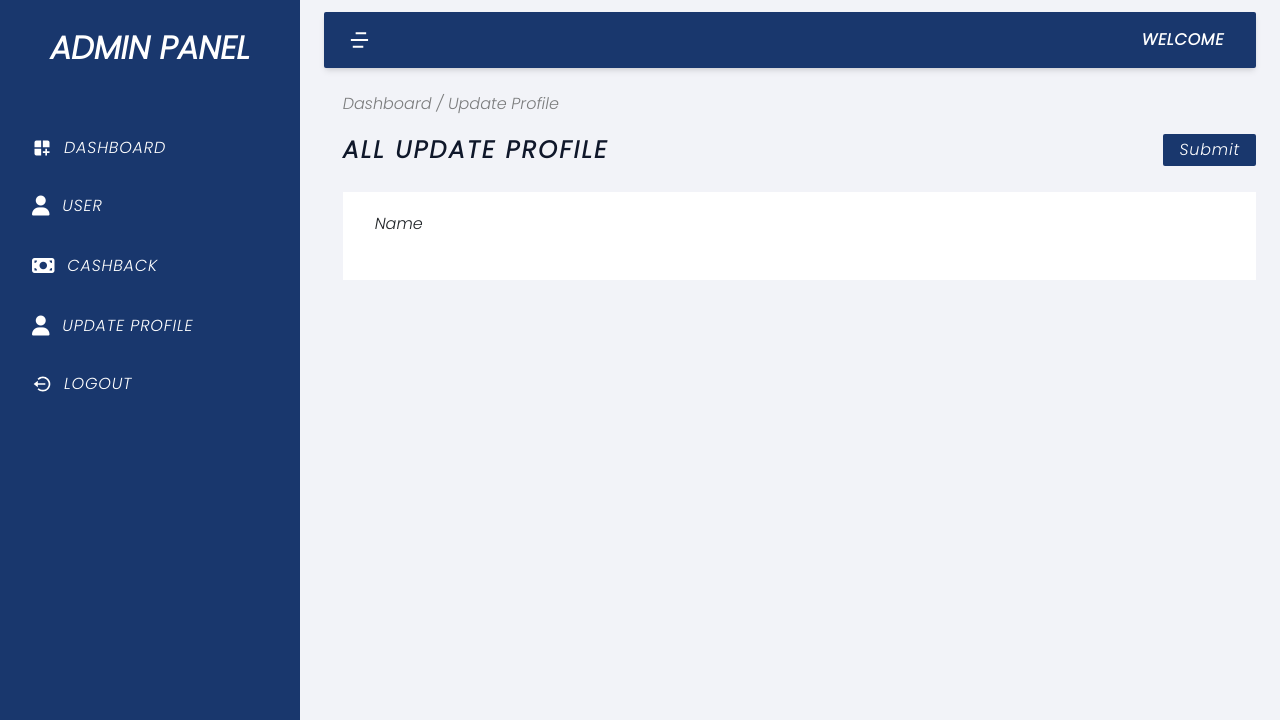
Repository: FlyweisReact/Ankit-Pandey-Admin-Panel
Page: /updateProfile
These files come from the project's save history. The page is drawn as it stood at one moment and after the next save; the edit follows.
The browser window is 1280 px wide. The pictures show the whole page.
Some web libraries are served in a nearby version. The project was rebuilt for these pictures with package versions that can differ from the ones it lists, and the page was loaded fresh each time. Also part of the build but not shown: src/Screen/Login.jsx, src/Screen/Dashboard.js, src/Screen/EAdminCustomer.js, src/Screen/EAdmin.js.

Above is the page before, as saved 2023-06-16 16:07:13.

### public/index.html
<!-- @format -->

<!DOCTYPE html>
<html lang="en">
  <head>
    <meta charset="utf-8" />
    <meta name="viewport" content="width=device-width, initial-scale=1" />
    <meta name="theme-color" content="#000000" />
    <meta
      name="description"
      content="Web site created using create-react-app"
    />
    <link rel="icon" href="%PUBLIC_URL%/favicon.png" />
    <link rel="manifest" href="%PUBLIC_URL%/manifest.json" />
    <link rel="preconnect" href="https://fonts.googleapis.com">
<link rel="preconnect" href="https://fonts.gstatic.com" crossorigin>
<link href="https://fonts.googleapis.com/css2?family=Roboto+Mono:ital,wght@1,300&display=swap" rel="stylesheet">
    <title>Logo Fx</title>
  </head>
  <body>
    <noscript>You need to enable JavaScript to run this app.</noscript>
    <div id="root"></div>
    <script src="https://code.jquery.com/jquery-3.6.0.min.js"></script>
    <script src="https://kit.fontawesome.com/b533b351e4.js" crossorigin="anonymous"></script>
  </body>
</html>

### src/index.js
import React from "react";
import ReactDOM from "react-dom/client";
import "./index.css";
import App from "./App";
import { BrowserRouter } from "react-router-dom";
import 'bootstrap/dist/css/bootstrap.min.css'

const root = ReactDOM.createRoot(document.getElementById("root"));
root.render(
  <React.StrictMode>
    <BrowserRouter>
      <App />
    </BrowserRouter>
  </React.StrictMode>
);

### src/index.css
/** @format */

@tailwind base;
@tailwind components;
@tailwind utilities;

@import url("https://fonts.googleapis.com/css2?family=Roboto+Mono:ital,wght@1,300&display=swap");
@font-face {
  font-family: Roboto;
  src: url("./Fonts/Poppins-LightItalic.ttf");
}

body {
  margin: 0;
  font-family: Roboto !important;
  -webkit-font-smoothing: antialiased;
  -moz-osx-font-smoothing: grayscale;
}

code {
  font-family: Roboto !important;
}

html {
  font-family: Roboto !important;
}

::-webkit-scrollbar {
  width: 10px;
}
.fa-trash {
  color: red;
  cursor: pointer;
}

.iCOn {
  transition: 0.5s;
  box-shadow: none;
  transform: scale(1);
}
.cardDiv {
  cursor: pointer;
}

.cardDiv:hover .iCOn {
  box-shadow: rgba(0, 0, 0, 0.35) 0px 5px 15px;
  transform: scale(1.3);
}

/* Track */
::-webkit-scrollbar-track {
  background: #f1f1f1;
}

/* Handle */
::-webkit-scrollbar-thumb {
  background: #888;
}

/* Handle on hover */
::-webkit-scrollbar-thumb:hover {
  background: #555;
}
.profileImage {
  width: 100px;
}
.fa-eye {
  color: #029aff;
  cursor: pointer;
}
.fa-edit {
  cursor: pointer;
  color: blue;
}

.View {
  border: 1px solid black;
  width: 100%;
  padding: 10px;
}

.main-card--container {
  display: grid;
  grid-template-columns: repeat(3, minmax(300px, 500px));
  grid-gap: 50px;
  justify-content: space-around;
}
.card-container {
  margin: 25px 0 auto;
  box-shadow: rgba(0, 0, 0, 0.35) 0px 5px 15px;
  position: relative;
  display: grid;
  grid-template-columns: 1fr;
  justify-content: space-around;
  align-items: flex-start;
}

.myEdit:focus {
  box-shadow: rgba(0, 0, 0, 0.35) 0px 5px 15px;
}

.AstroLogin {
  color: #fff;
  background-color: #2b7a8e;
  padding: 10px;
  width: 380px;
  text-align: center;
  font-size: 20px;
  background: linear-gradient(to left, #2b7a8e 50%, #fff 50%) right;
  background-size: 200%;
  transition: 0.5s ease-out;
  border: 1px solid #2b7a8e;
  margin-top: 10px;
  text-transform: uppercase;
}
.AstroLogin:hover {
  background-position: left;
  color: #2b7a8e;
}

.EcommerceAdminLogin {
  color: #fff;
  background-color: #19376d;
  padding: 10px;
  width: 380px;
  text-align: center;
  font-size: 20px;
  background: linear-gradient(to left, #19376d 50%, #fff 50%) right;
  background-size: 200%;
  transition: 0.5s ease-out;
  border: 1px solid #19376d;
  margin-top: 10px;
  text-transform: uppercase;
}

.EcommerceAdminLogin:hover {
  background-position: left;
  color: #19376d;
}
.EcommerceVendorLogin {
  color: #fff;
  background-color: #576cbc;
  padding: 10px;
  width: 380px;
  text-align: center;
  font-size: 20px;
  background: linear-gradient(to left, #576cbc 50%, #fff 50%) right;
  background-size: 200%;
  transition: 0.5s ease-out;
  border: 1px solid #576cbc;
  margin-top: 10px;
  text-transform: uppercase;
}

.EcommerceVendorLogin:hover {
  background-position: left;
  color: #576cbc;
}

.view {
  background-color: #2196f3;
  color: #fff;
  width: 50%;
  padding: 5px;
}

.two-sec {
  display: flex;
  justify-content: space-evenly;
  justify-content: space-evenly;
}
.two-sec .left {
  width: 60%;
  background-color: #f6f1ef;
  padding: 20px;
}
.two-sec .left .head {
  font-size: 25px;
  font-weight: bold;
}

.two-sec .right {
  width: 30%;
  background-color: #f6f1ef;
}

.searchDiv {
  width: 100%;
  display: flex;
  gap: 10px;
  border: 1px solid rgb(179, 179, 179);
  padding: 10px;
  margin-bottom: 20px;
  align-items: center;
}
.searchDiv input {
  width: 94%;
  outline: none;
  border: none;
}

.flexCont {
  display: flex;
  align-items: center;
  gap: 10px;
}
.flexCont img {
  width: 60px;
  background-color: #e9ecef;
}

.blockContent {
  display: block;
}
.blockContent p {
  margin: 0;
}

.checkBox {
  width: 50px;
  height: 25px;
  background-color: #e9ecef;
  border-radius: 50px;
  position: relative;
  cursor: pointer;
}
.checkBox span {
  width: 20px;
  height: 20px;
  border-radius: 100%;
  background-color: #fff;
  position: absolute;
  left: 5px;
  top: 2px;
}
.ActivecheckBox {
  width: 50px;
  height: 25px;
  background-color: #0d6efd;
  border-radius: 50px;
  position: relative;
  cursor: pointer;
}
.ActivecheckBox span {
  width: 20px;
  height: 20px;
  border-radius: 100%;
  background-color: #fff;
  position: absolute;
  right: 5px;
  top: 2px;
}

.fa-eye {
  color: #0cba73;
  background-color: #d6f8e8;
  width: 40px;
  text-align: center;
  height: 40px;
  display: flex;
  border-radius: 100%;
  justify-content: center;
  padding-top: 10px;
  transition: 0.5s;
}

.fa-pen-to-square {
  color: #f4c39c;
  background-color: #ffebdb;
  width: 40px;
  text-align: center;
  height: 40px;
  display: flex;
  border-radius: 100%;
  justify-content: center;
  padding-top: 10px;
  cursor: pointer;
  transition: 0.5s;
}
.fa-trash {
  color: #df939f;
  background-color: #ffe1e8;
  width: 40px;
  text-align: center;
  height: 40px;
  display: flex;
  border-radius: 100%;
  justify-content: center;
  padding-top: 10px;
  cursor: pointer;
  transition: 0.5s;
}
.fa-trash:hover {
  transform: scale(1.2);
}
.fa-eye:hover {
  transform: scale(1.2);
}
.fa-pen-to-square:hover {
  transform: scale(1.2);
}
.required {
  color: #e74260;
}

.headP {
  margin-left: 2%;
  color: #7b7c7d;
}
.filterBox {
  display: flex;
  align-items: center;
  gap: 10px;
  border-bottom: 1px solid #d4d7dc;
  padding-bottom: 20px;
  margin-bottom: 20px;
}
.filterBox img {
  width: 30px;
}
.filterBox input {
  width: 100%;
  border: 1px solid #d4d7dc;
  outline: none;
  padding: 5px;
  color: black;
}
.sectionCont {
  width: 98%;
  background-color: #fff;
  margin-left: 2%;
  padding: 20px;
}

.overFlowCont {
  width: 100%;
  overflow-x: auto;
}

.logo {
  width: 300px;
  margin-bottom: 20px;
}

.updateProfile {
  margin-left: 20px;
  border: 1px solid #fff;
  border-radius: 100%;
  font-size: 1.2rem;
  padding: 10px;
  transition: 0.5s;
  cursor: pointer;
}
.updateProfile:hover {
  border: 1px solid #19376d;
  color: #19376d;
  background-color: #fff;
}

.Normalbtn {
  background-color: #19376d !important;
  border: 1px solid #19376d !important;
  border-radius: 0px !important;
}

.ImageCarousel {
  width: 150px !important;
  margin: 0px !important;
  height: 150px !important;
}
.CarouselImages {
  width: 150px !important;
  height: 150px !important;
}
.CarouselImages img {
  width: 100% !important;
  height: 100% !important;
}

.ModalCarousel {
  width: 100% !important;
  height: 500px !important;
}
.ModalCarousel {
  width: 100% !important;
  height: 500px !important;
}
.ModalCarousel img {
  width: 100% !important;
  height: 500px !important;
}

.gridCont {
  display: grid;
  grid-template-columns: auto auto auto;
  justify-content: space-evenly;
}
.gridCont div {
  width: 400px;
  height: 300px;
  box-shadow: rgba(0, 0, 0, 0.35) 0px 5px 15px;
  padding: 10px;
  position: relative;
  margin-top: 20px;
}
.gridCont div img {
  width: 100%;
}
.delete-Btn {
  width: 90%;
  margin-left: 2%;
  color: #c44b3f;
  border: 1px solid #c44b3f;
  position: absolute;
  bottom: 10px;
  transition: 0.5s;
  padding: 10px;
}

.delete-Btn:hover {
  background-color: #c44b3f;
  color: #fff;
}

.BannerCarousel {
  width: 300px;
  margin: 0px !important;
}
.BannerCarouselImage {
  width: 300px;
}
.BannerCarouselImage img {
  width: 100%;
}

.pagination {
  display: flex;
  justify-content: center;
  align-items: center;
  gap: 10px;
  margin-bottom: 20px;
}
.pagination button {
  border: 1px solid black;
  padding: 10px;
}

.activePage {
  background-color: #19376d;
  color: #fff;
  border: 1px solid #19376d !important;
}

.active {
  background-color: #fff;
  color: #19376d !important;
}
.prevBtn {
  background-color: #fff;
  color: #19376d;
  border: 1px solid #19376d !important;
  transition: 0.5s;
}

.prevBtn:hover,
.prevBtn:focus,
.prevBtn:active {
  background-color: #19376d;
  color: #fff;
  border: 1px solid #19376d !important;
}
.nextBtn {
  background-color: #fff;
  color: #19376d;
  border: 1px solid #19376d !important;
  transition: 0.5s;
}

.nextBtn:hover,
.nextBtn:focus,
.nextBtn:active {
  background-color: #19376d;
  color: #fff;
  border: 1px solid #19376d !important;
}

.dangerBox {
  position: relative;
}
.dangerBox i {
  position: absolute;
  top: 50%;
  left: 90%;
  transform: translate(-50%, -50%);
  cursor: pointer;
}

### src/App.js
/** @format */

import { Routes, Route } from "react-router-dom";
import { ToastContainer } from "react-toastify";
import "react-toastify/dist/ReactToastify.css";
import Login from "./Screen/Login";
import Dashboard from "./Screen/Dashboard";
import EAdminCustomer from "./Screen/EAdminCustomer";
import EAdmin from "./Screen/EAdmin";
import UpdateProfile from "./Screen/UpdateProfile";


function App() {
  return (
    <>
      <ToastContainer />

      <Routes>
        <Route path="/" element={<Login />} />
        <Route path="/Customer" element={<EAdminCustomer />} />
        <Route path="/dashboard" element={<Dashboard />} />
        <Route path="/Admin" element={<EAdmin />} />
        <Route path="/updateProfile" element={<UpdateProfile />} />
      </Routes>
    </>
  );
}

export default App;

### src/Screen/UpdateProfile.js
import React, { useEffect, useState } from "react";
import { Alert, Button, Container, Form, Modal, Table } from "react-bootstrap";
import { toast } from "react-toastify";
import { AllCashback, UploadExcel } from "../Repository/Api";
import HOC from "./layout/HOC";


const UpdateProfile = () => {


    return (
      <>

        <p className="headP">Dashboard / Update Profile</p>
        <div
          className="pb-4 sticky top-0  w-full flex justify-between items-center"
          style={{ width: "98%", marginLeft: "2%" }}
        >
          <span
            className="tracking-widest text-slate-900 font-semibold uppercase "
            style={{ fontSize: "1.5rem" }}
          >
            All Update Profile
          </span>

          <button
            className="md:py-2 px-3 md:px-4 py-1 rounded-sm bg-[#19376d] text-white tracking-wider"

          >Submit
          </button>
        </div>

        <section className="sectionCont">
            <Container>
                <Form>
                    <Form.Group className="mb-3">
                        <Form.Label>Name</Form.Label>
                    </Form.Group>
                </Form>
            </Container>
        </section>
      </>
    );
  };

export default HOC(UpdateProfile)

### src/Repository/Api.js
/** @format */

import axios from "axios";

// BaseUrl
const BaseURL = "http://localhost:3040/";

// All Users Cashback
export const AllCashback = async () => {
  try {
    const response = await axios.get(
      ` ${BaseURL}api/v1/profile/getallCashBack`
    );

    return response;
  } catch (e) {
    console.log(e);
  }
};

// Uplaod Excel

export const UploadExcel = async (file) => {
  const fd = new FormData();
  fd.append("file", file);
  try {
    const response = await axios.post(
      `${BaseURL}api/v1/profile/AddcashBackExcel`,
      fd
    );
    return response;
  } catch (e) {
    console.log(e);
  }
};

//   All Users

export const AllUsers = async () => {
  try {
    const response = await axios.get(` ${BaseURL}api/v1/profile/getAlluser`);
    return response;
  } catch (e) {
    console.log(e);
  }
};


// Login Admin
export const LoginAdmin = async (email , password) => {
    try{
        const response = await axios.post(`${BaseURL}api/v1/admin/login` , {
            email , password
        })
        return response
    }catch(e) {
        console.log(e)
    }

}

### src/Screen/layout/HOC.jsx
/** @format */

import React, { useState } from "react";
import Navbar from "./Navbar";
import Sidebar from "./Sidebar";

const HOC = (Wcomponenet) => {
  return function Component() {
    const [hamb, setHamb] = useState(false);
    return (
      <>
        <section
          className="flex overflow-x-hidden relative "
          style={{ backgroundColor: "#f2f3f8" }}
        >
          {/* Sidebar */}
          <div
            className={
              hamb
                ? " absolute top-0 z-30 md:w-auto shadow-md bg-slate-200  w-60 transition-all md:-left-full left duration-150  h-auto overflow-y-auto  left-0 "
                : " md:w-72 z-30 bg-slate-200  shadow-md  md:static absolute top-0 -left-full   transition-all duration-150  overflow-y-auto h-auto"
            }
            style={{ minWidth: "300px" }}
          >
            <Sidebar hamb={hamb} setHamb={setHamb} />
          </div>
          {/* Components & Navbar */}
          <div
            className={
              hamb
                ? " transition-all px-4 py-2  duration-150 w-full h-screen"
                : " w-full h-screen  px-4 py-2   z-50 transition-all duration-150 "
            }
            style={{ backgroundColor: "#f2f3f8" }}
          >
            <Navbar hamb={hamb} setHamb={setHamb} />
            <div className="my-6 text-#000 h-[87%] wcomp overflow-y-auto">
              {" "}
              <Wcomponenet />
            </div>
          </div>
        </section>
      </>
    );
  };
};

export default HOC;

### src/Screen/layout/Navbar.jsx
/** @format */

import { RiMenu4Line } from "react-icons/ri";

const Navbar = ({ hamb, setHamb }) => {
  const AdminName = localStorage.getItem("Email")
  return (
    <>
      <div
        className={
          hamb
            ? "flex  w-full justify-between  my-1 rounded-sm  p-4 py-3 shadow-md items-center  bg-slate-200 space-x-4"
            : "flex  w-full justify-between my-1 rounded-sm  p-4 py-3 shadow-md items-center  bg-slate-200 space-x-4"
        }
        style={{ backgroundColor: "#19376d" }}
      >
        <RiMenu4Line
          onClick={() => setHamb(!hamb)}
          className="text-2xl font-bold text-gray-900 hover:scale-90 cursor-pointer"
          style={{ color: "#fff" }}
        />

        <section className="flex sm:ml-auto justify-end sm:w-full items-center space-x-2  pr-2">
          <figcaption className="tracking-wider pl-1 font-semibold">
            <div
              className="lg:text-base text-sm text-gray-900  uppercase"
              style={{ color: "#fff" }}
            >
              Welcome {AdminName}
            </div>
          </figcaption>
        </section>
      </div>
    </>
  );
};

export default Navbar;

### src/Screen/layout/Sidebar.jsx
/** @format */

import React from "react";
import { RiCloseLine } from "react-icons/ri";
import { Link, useNavigate } from "react-router-dom";
import { BiLogOutCircle } from "react-icons/bi";
import { MdDashboardCustomize } from "react-icons/md";

const Sidebar = ({ hamb, setHamb }) => {
  const navigate = useNavigate();

  const nav = [
    {
      icon: <MdDashboardCustomize className="text-xl mr-3 rounded-full " />,
      link: "/dashboard ",
      name: "Dashboard",
    },
    {
      icon: <i className="fa-solid fa-user text-xl mr-3 rounded-full"></i>,
      link: "/Admin",
      name: "User",
    },
    {
      icon: (
        <i className="fa-sharp fa-solid fa-money-bill text-xl mr-3 rounded-full "></i>
      ),
      link: "/Customer",
      name: "Cashback",
    },
    {
      icon: (
        <i className="fa-solid fa-user text-xl mr-3 rounded-full "></i>
      ),
      link: "/updateProfile",
      name: "Update Profile",
    }
  ];

  const logOut = () => {
    localStorage.clear()
    navigate("/");
  };

  return (
    <>
      <aside
        className="p-4 h-auto"
        style={{ backgroundColor: "#19376d", minHeight: "100vh" }}
      >
        {/* Top */}
        <div className="w-full md:hidden relative  p-2 mb-4">
          <RiCloseLine
            onClick={() => setHamb(!hamb)}
            className="text-3xl  absolute top-2 sm:hover:rotate-[228deg] transition-transform font-bold right-2 sm:hover:text-[22px] text-[rgb(241,146,46)] cursor-pointer"
          />
        </div>{" "}
        <figure className="flex  flex-col items-center">
          <span
            className="font-bold text-[#fff]"
            style={{
              fontSize: "2rem",
              textAlign: "center",
              textTransform: "uppercase",
            }}
          >
            {" "}
            ADMIN PANEL
          </span>
        </figure>
        <nav className="py-6">
          {nav.map((nav) => {
            return (
              <Link
                to={nav.link}
                key={nav.name}
                className=""
                style={{ textDecoration: "none", textTransform: "uppercase" }}
              >
                <span
                  className="flex my-3 items-center cursor-pointer text-gray-900    tracking-wider p-2 rounded-sm"
                  style={{ color: "#FFF" }}
                >
                  {nav.icon} {nav.name}
                </span>
              </Link>
            );
          })}
          <span
            className="flex my-3 items-center cursor-pointer text-gray-900    tracking-wider p-2 rounded-sm"
            onClick={() => logOut()}
            style={{ color: "#FFF", textTransform: "uppercase" }}
          >
            <BiLogOutCircle className="text-xl mr-3 rounded-full " /> LogOut
          </span>
        </nav>
      </aside>
    </>
  );
};

export default Sidebar;

Loaded but not shown: tailwind.config.js (common file)

After the next save:
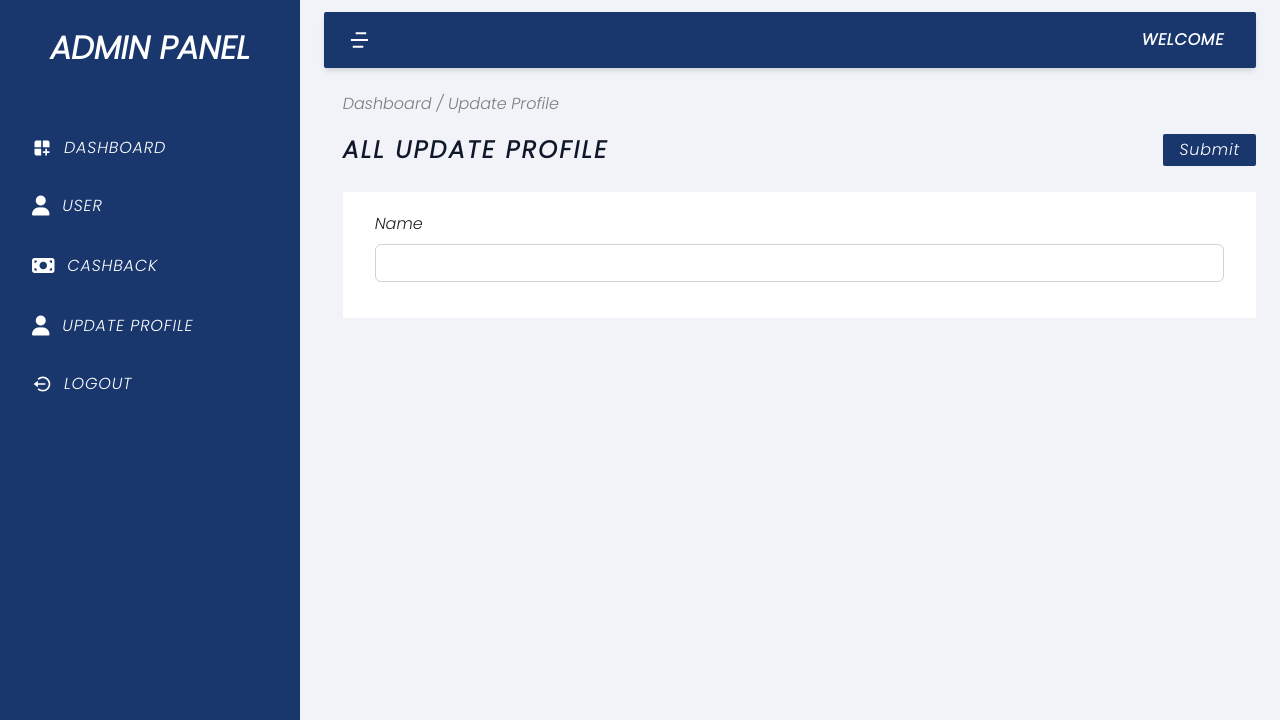
Saved 45 s later.
--- a/src/Screen/UpdateProfile.js
+++ b/src/Screen/UpdateProfile.js
@@ -35,6 +35,7 @@ const UpdateProfile = () => {
                 <Form>
                     <Form.Group className="mb-3">
                         <Form.Label>Name</Form.Label>
+                        <Form.Control type='name' />
                     </Form.Group>
                 </Form>
             </Container>
